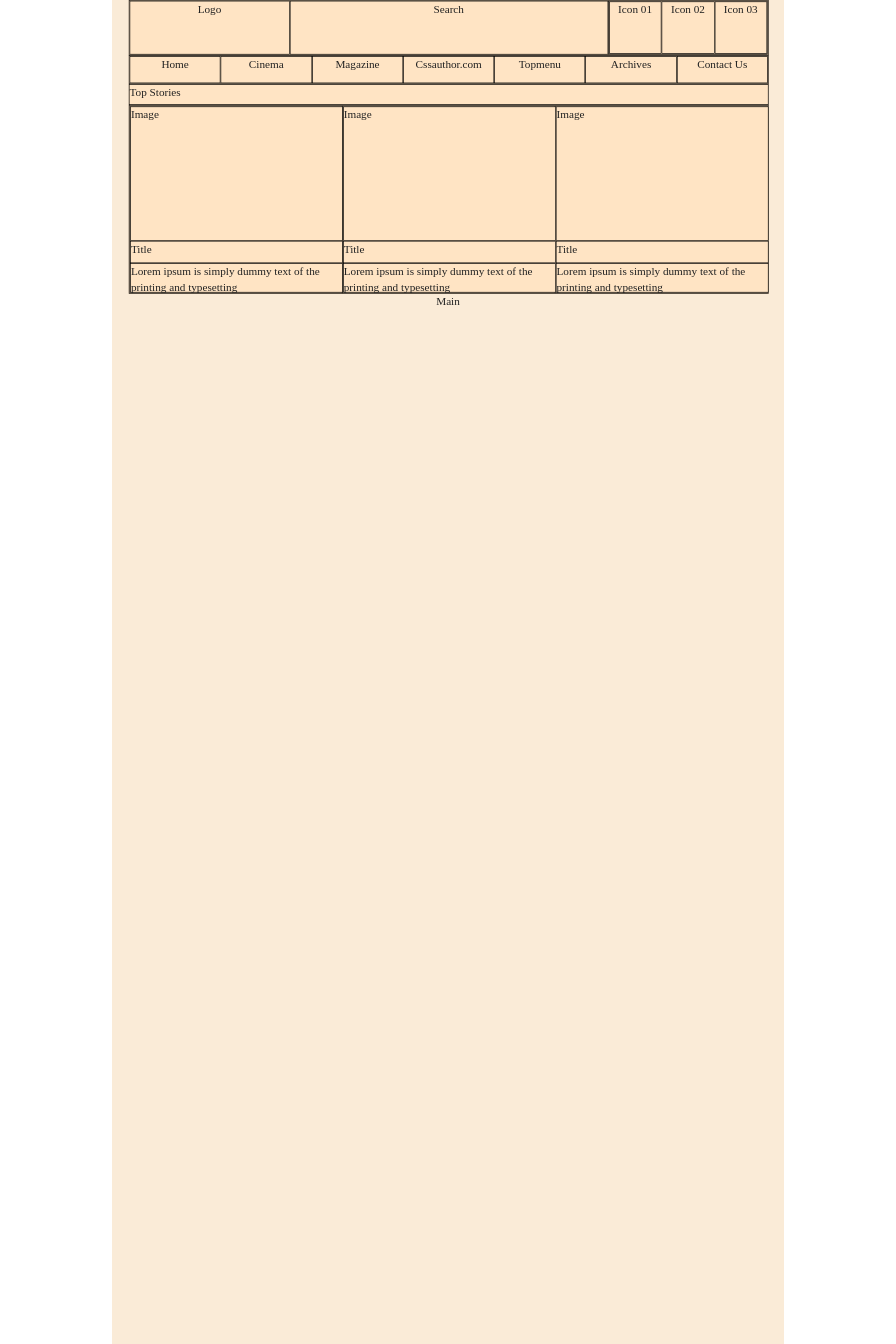
Repository: giovanabirck/cover-magazine-giovanabirck
Page: index.html
The author's editor kept a copy of each file at every save. The page is drawn from the files as they stood at one save, then again after a run of saves.
The browser window is 1280 px wide. The pictures show the part of the page from y = 0 to 1920 px (the page is 5000 px tall), at 70% of full size.

Above is the page before, as saved 2023-01-14 11:04:04.

### index.html
<!doctype html>
<html class="no-js" lang="">

<head>
  <meta charset="utf-8">
  <title></title>
  <meta name="description" content="">
  <meta name="viewport" content="width=device-width, initial-scale=1">

  <meta property="og:title" content="">
  <meta property="og:type" content="">
  <meta property="og:url" content="">
  <meta property="og:image" content="">

  <link rel="manifest" href="site.webmanifest">
  <link rel="apple-touch-icon" href="icon.png">
  <!-- Place favicon.ico in the root directory -->

  <link rel="stylesheet" href="css/normalize.css">
  <link rel="stylesheet" href="css/main.css">

  <meta name="theme-color" content="#fafafa">
</head>

<body>

  <div class="main-container">

    <div class="header">
      <div class="header-content">
        <div class="header-content-logo">Logo</div>
        <div class="header-content-search">Search</div>
        <div class="header-content-icons">
          <div class="header-content-icons-un">Icon 01</div>
          <div class="header-content-icons-un">Icon 02</div>
          <div class="header-content-icons-un">Icon 03</div>
        </div>
      </div>
      <div class="header-menu">
        <div class="header-menu-un">Home</div>
        <div class="header-menu-un">Cinema</div>
        <div class="header-menu-un">Magazine</div>
        <div class="header-menu-un">Cssauthor.com</div>
        <div class="header-menu-un">Topmenu</div>
        <div class="header-menu-un">Archives</div>
        <div class="header-menu-un">Contact Us</div>
      </div>
    </div>

    <div class="featured">
      <div class="featured-h1">Top Stories</div>
      <div class="featured-stories">
        <div class="featured-stories-un">
          <div class="featured-stories-un-image">Image</div>
          <div class="featured-stories-un-title">Title</div>
          <div class="featured-stories-un-text">Lorem ipsum is simply dummy text of the printing and typesetting</div>
        </div>
        <div class="featured-stories-un">
          <div class="featured-stories-un-image">Image</div>
          <div class="featured-stories-un-title">Title</div>
          <div class="featured-stories-un-text">Lorem ipsum is simply dummy text of the printing and typesetting</div>
        </div>
        <div class="featured-stories-un">
          <div class="featured-stories-un-image">Image</div>
          <div class="featured-stories-un-title">Title</div>
          <div class="featured-stories-un-text">Lorem ipsum is simply dummy text of the printing and typesetting</div>
        </div>
      </div>
    </div>

    <div class="main">Main</div>



  </div>

  <script src="js/vendor/modernizr-3.11.2.min.js"></script>
  <script src="js/plugins.js"></script>
  <script src="js/main.js"></script>

  <!-- Google Analytics: change UA-XXXXX-Y to be your site's ID. -->
  <script>
    window.ga = function () { ga.q.push(arguments) }; ga.q = []; ga.l = +new Date;
    ga('create', 'UA-XXXXX-Y', 'auto'); ga('set', 'anonymizeIp', true); ga('set', 'transport', 'beacon'); ga('send', 'pageview')
  </script>
  <script src="https://www.google-analytics.com/analytics.js" async></script>
</body>

</html>

### css/main.css
/*! HTML5 Boilerplate v8.0.0 | MIT License | https://html5boilerplate.com/ */

/* main.css 2.1.0 | MIT License | https://github.com/h5bp/main.css#readme */
/*
 * What follows is the result of much research on cross-browser styling.
 * Credit left inline and big thanks to Nicolas Gallagher, Jonathan Neal,
 * Kroc Camen, and the H5BP dev community and team.
 */

/* ==========================================================================
   Base styles: opinionated defaults
   ========================================================================== */

html {
  color: #222;
  font-size: 1em;
  line-height: 1.4;
  margin: 0px 160px 0px 160px;
}

/*
 * Remove text-shadow in selection highlight:
 * https://twitter.com/miketaylr/status/12228805301
 *
 * Vendor-prefixed and regular ::selection selectors cannot be combined:
 * https://stackoverflow.com/a/16982510/7133471
 *
 * Customize the background color to match your design.
 */

::-moz-selection {
  background: #b3d4fc;
  text-shadow: none;
}

::selection {
  background: #b3d4fc;
  text-shadow: none;
}

/*
 * A better looking default horizontal rule
 */

hr {
  display: block;
  height: 1px;
  border: 0;
  border-top: 1px solid #ccc;
  margin: 1em 0;
  padding: 0;
}

/*
 * Remove the gap between audio, canvas, iframes,
 * images, videos and the bottom of their containers:
 * https://github.com/h5bp/html5-boilerplate/issues/440
 */

audio,
canvas,
iframe,
img,
svg,
video {
  vertical-align: middle;
}

/*
 * Remove default fieldset styles.
 */

fieldset {
  border: 0;
  margin: 0;
  padding: 0;
}

/*
 * Allow only vertical resizing of textareas.
 */

textarea {
  resize: vertical;
}

/* ==========================================================================
   Author's custom styles
   ========================================================================== */

/* ==========================================================================
   Helper classes
   ========================================================================== */

/*
 * Hide visually and from screen readers
 */

.hidden,
[hidden] {
  display: none !important;
}

/*
 * Hide only visually, but have it available for screen readers:
 * https://snook.ca/archives/html_and_css/hiding-content-for-accessibility
 *
 * 1. For long content, line feeds are not interpreted as spaces and small width
 *    causes content to wrap 1 word per line:
 *    https://medium.com/@jessebeach/beware-smushed-off-screen-accessible-text-5952a4c2cbfe
 */

.sr-only {
  border: 0;
  clip: rect(0, 0, 0, 0);
  height: 1px;
  margin: -1px;
  overflow: hidden;
  padding: 0;
  position: absolute;
  white-space: nowrap;
  width: 1px;
  /* 1 */
}

/*
 * Extends the .sr-only class to allow the element
 * to be focusable when navigated to via the keyboard:
 * https://www.drupal.org/node/897638
 */

.sr-only.focusable:active,
.sr-only.focusable:focus {
  clip: auto;
  height: auto;
  margin: 0;
  overflow: visible;
  position: static;
  white-space: inherit;
  width: auto;
}

/*
 * Hide visually and from screen readers, but maintain layout
 */

.invisible {
  visibility: hidden;
}

/*
 * Clearfix: contain floats
 *
 * For modern browsers
 * 1. The space content is one way to avoid an Opera bug when the
 *    `contenteditable` attribute is included anywhere else in the document.
 *    Otherwise it causes space to appear at the top and bottom of elements
 *    that receive the `clearfix` class.
 * 2. The use of `table` rather than `block` is only necessary if using
 *    `:before` to contain the top-margins of child elements.
 */

.clearfix::before,
.clearfix::after {
  content: " ";
  display: table;
}

.clearfix::after {
  clear: both;
}

/* ==========================================================================
   EXAMPLE Media Queries for Responsive Design.
   These examples override the primary ('mobile first') styles.
   Modify as content requires.
   ========================================================================== */

@media only screen and (min-width: 35em) {
  /* Style adjustments for viewports that meet the condition */
}

@media print,
  (-webkit-min-device-pixel-ratio: 1.25),
  (min-resolution: 1.25dppx),
  (min-resolution: 120dpi) {
  /* Style adjustments for high resolution devices */
}

/* ==========================================================================
   Print styles.
   Inlined to avoid the additional HTTP request:
   https://www.phpied.com/delay-loading-your-print-css/
   ========================================================================== */

@media print {
  *,
  *::before,
  *::after {
    background: #fff !important;
    color: #000 !important;
    /* Black prints faster */
    box-shadow: none !important;
    text-shadow: none !important;
  }

  a,
  a:visited {
    text-decoration: underline;
  }

  a[href]::after {
    content: " (" attr(href) ")";
  }

  abbr[title]::after {
    content: " (" attr(title) ")";
  }

  /*
   * Don't show links that are fragment identifiers,
   * or use the `javascript:` pseudo protocol
   */
  a[href^="#"]::after,
  a[href^="javascript:"]::after {
    content: "";
  }

  pre {
    white-space: pre-wrap !important;
  }

  pre,
  blockquote {
    border: 1px solid #999;
    page-break-inside: avoid;
  }

  /*
   * Printing Tables:
   * https://web.archive.org/web/20180815150934/http://css-discuss.incutio.com/wiki/Printing_Tables
   */
  thead {
    display: table-header-group;
  }

  tr,
  img {
    page-break-inside: avoid;
  }

  p,
  h2,
  h3 {
    orphans: 3;
    widows: 3;
  }

  h2,
  h3 {
    page-break-after: avoid;
  }
}

.main-container{
  background-color: antiquewhite;
  width: 100%;
  height: 5000px;
  display: flex;
  flex-direction: column;
  align-items: center;
}

.header {
  width: 95%;
  height: 120px;
  display: flex;
  flex-direction: column;
  justify-content: center;
}

.header-content{
  background-color: bisque;
  border: solid 1px black;
  width: 100%;
  height: 80px;
  display: flex;
}

.header-content-logo{
  background-color: bisque;
  border: solid 1px black;
  width: 33%;
  text-align: center;
}

.header-content-search{
  background-color: bisque;
  border: solid 1px black;
  width: 66%;
  text-align: center;
}

.header-content-icons{
  background-color: bisque;
  border: solid 1px black;
  width: 33%;
  text-align: center;
  display: flex;
}

.header-content-icons-un{
  background-color: bisque;
  border: solid 1px black;
  width: 100%;
  text-align: center;
}

.header-menu{
  background-color: bisque;
  border: solid 1px black;
  width: 100%;
  height: 40px;
  text-align: center;
  display: flex;
}

.header-menu-un{
  background-color: bisque;
  border: solid 1px black;
  width: 100%;
  text-align: center;
}

.featured{
  width: 95%;
  height: 300px;
  display: flex;
  flex-direction: column;
}

.featured-h1{
  background-color: bisque;
  border: solid 1px black;
  width: 100%;
  height: 40px;
}

.featured-stories{
  background-color: bisque;
  border: solid 1px black;
  width: 100%;
  height: 300px;
  display: flex;
}

.featured-stories-un{
  background-color: bisque;
  border: solid 1px black;
  width: 100%;
}

.featured-stories-un-image{
  background-color: bisque;
  border: solid 1px black;
  width: 100%;
  height: 190px;
}

.featured-stories-un-title{
  background-color: bisque;
  border: solid 1px black;
  width: 100%;
  height: 30px;
}

.featured-stories-un-text{
  background-color: bisque;
  border: solid 1px black;
  width: 100%;
  height: 40px;
}

.main{

}

### js/plugins.js
// Avoid `console` errors in browsers that lack a console.
(function() {
  var method;
  var noop = function () {};
  var methods = [
    'assert', 'clear', 'count', 'debug', 'dir', 'dirxml', 'error',
    'exception', 'group', 'groupCollapsed', 'groupEnd', 'info', 'log',
    'markTimeline', 'profile', 'profileEnd', 'table', 'time', 'timeEnd',
    'timeline', 'timelineEnd', 'timeStamp', 'trace', 'warn'
  ];
  var length = methods.length;
  var console = (window.console = window.console || {});

  while (length--) {
    method = methods[length];

    // Only stub undefined methods.
    if (!console[method]) {
      console[method] = noop;
    }
  }
}());

// Place any jQuery/helper plugins in here.

Loaded but not shown: css/normalize.css (library); js/vendor/modernizr-3.11.2.min.js (library); js/main.js (no stored copy; drawn as an empty file)

After the next 2 saves:
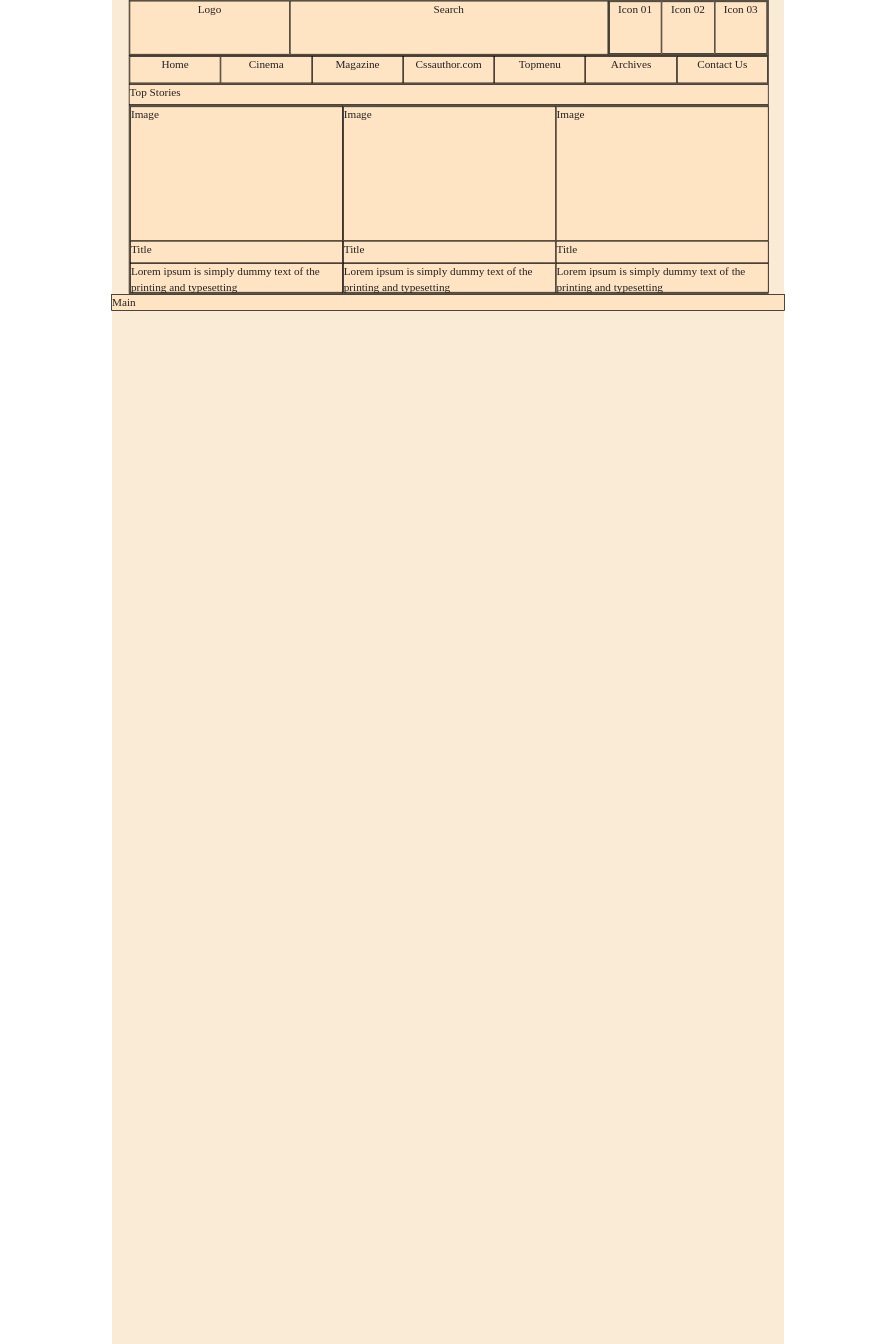
The 2 saves are shown as one change because they came seconds apart.
The last was saved 8 s later.
--- a/css/main.css
+++ b/css/main.css
@@ -382,5 +382,7 @@ textarea {
 }
 
 .main{
-
-}
+  background-color: bisque;
+  border: solid 1px black;
+  width: 100%;
+}
